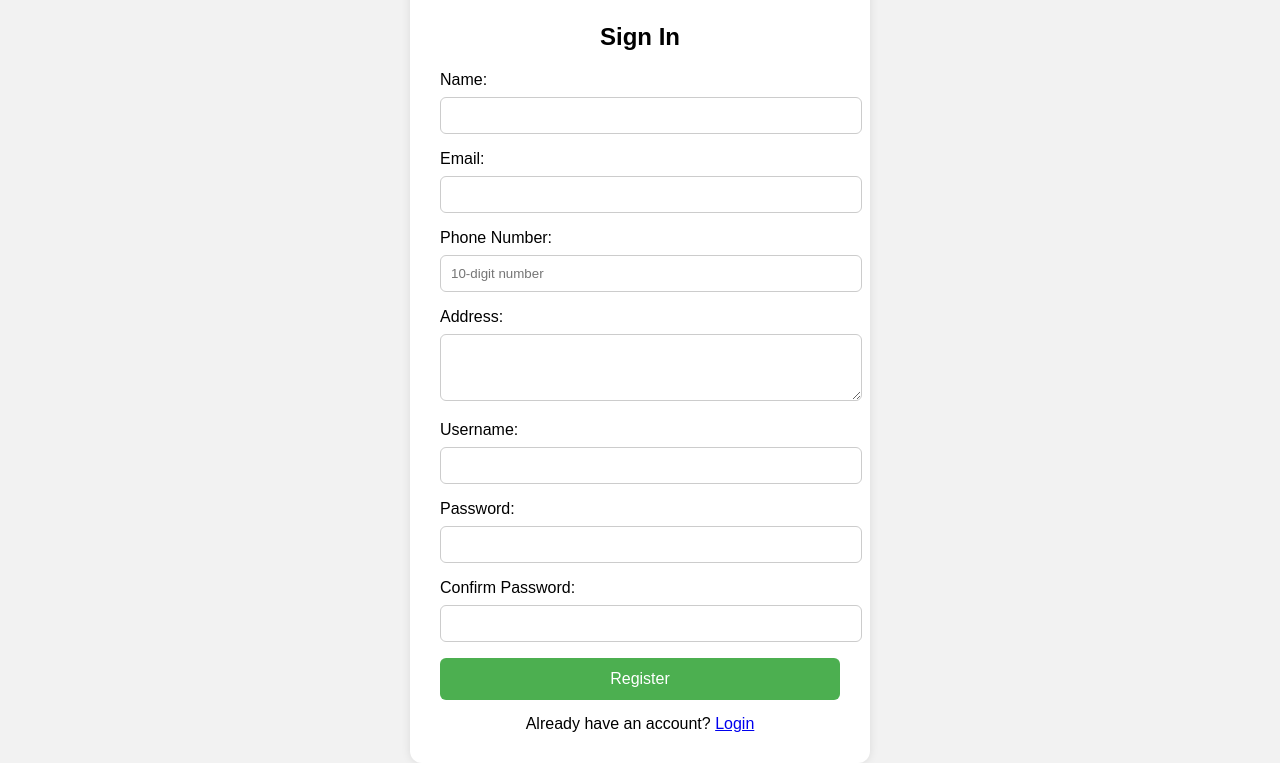
Repository: Rupeswarbhainsa777/Food-Web-App
Page: TapFoodApp/src/main/webapp/Sigin.html
An editor plug-in stored every save of this project. The page is shown before and after the next save, followed by the edit.
The browser window is 1280 px wide. The pictures show the whole page.

Above is the page before, as saved 2025-04-29 09:13:23.

### TapFoodApp/src/main/webapp/Sigin.html
<!DOCTYPE html>
<html>
<head>
    <title>Sign In</title>
    <style>
        body {
            font-family: Arial, sans-serif;
            background-color: #f2f2f2;
            display: flex;
            justify-content: center;
            align-items: center;
            height: 100vh;
        }

        .form-container {
            background-color: white;
            padding: 30px;
            border-radius: 12px;
            box-shadow: 0 0 10px rgba(0,0,0,0.1);
            width: 400px;
        }

        h2 {
            text-align: center;
            margin-bottom: 20px;
        }

        input[type="text"],
        input[type="email"],
        input[type="tel"],
        input[type="password"],
        textarea {
            width: 100%;
            padding: 10px;
            margin: 8px 0 16px;
            border: 1px solid #ccc;
            border-radius: 6px;
        }

        textarea {
            resize: vertical;
        }

        input[type="submit"] {
            background-color: #4CAF50;
            color: white;
            padding: 12px;
            border: none;
            width: 100%;
            border-radius: 6px;
            cursor: pointer;
            font-size: 16px;
        }

        input[type="submit"]:hover {
            background-color: #45a049;
        }

        .login-link {
            text-align: center;
            margin-top: 15px;
        }
    </style>
</head>
<body>

    <div class="form-container">
        <h2>Sign In</h2>
        <form action="RegisterUserServlet" method="post">
            <label for="name">Name:</label>
            <input type="text" id="name" name="name" required>

            <label for="email">Email:</label>
            <input type="email" id="email" name="email" required>

            <label for="phone">Phone Number:</label>
            <input type="tel" id="phone" name="phone" required pattern="[0-9]{10}" placeholder="10-digit number">

            <label for="address">Address:</label>
            <textarea id="address" name="address" rows="3" required></textarea>

            <label for="username">Username:</label>
            <input type="text" id="username" name="username" required>

            <label for="password">Password:</label>
            <input type="password" id="password" name="password" required>


            <label for="password">Confirm Password:</label>
            <input type="password" id="password" name="password" required>

            <input type="submit" value="Register">
        </form>

        <div class="login-link">
            Already have an account? <a href="login.html">Login</a>
        </div>
    </div>

</body>
</html>

After the next save:
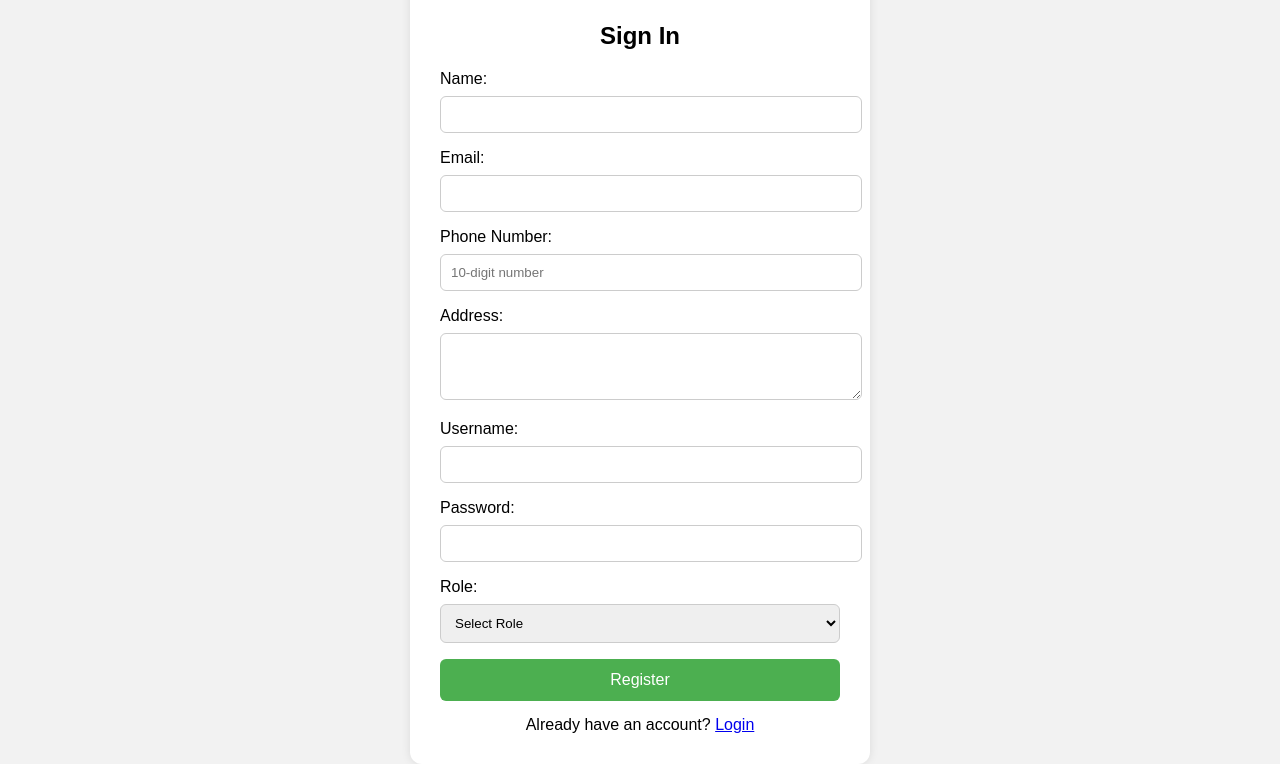
Saved 9 min 13 s later.
--- a/TapFoodApp/src/main/webapp/Sigin.html
+++ b/TapFoodApp/src/main/webapp/Sigin.html
@@ -29,7 +29,8 @@
         input[type="email"],
         input[type="tel"],
         input[type="password"],
-        textarea {
+        textarea,
+        select {
             width: 100%;
             padding: 10px;
             margin: 8px 0 16px;
@@ -66,7 +67,7 @@
 
     <div class="form-container">
         <h2>Sign In</h2>
-        <form action="RegisterUserServlet" method="post">
+        <form action="Signin" method="post">
             <label for="name">Name:</label>
             <input type="text" id="name" name="name" required>
 
@@ -85,9 +86,13 @@
             <label for="password">Password:</label>
             <input type="password" id="password" name="password" required>
 
-
-            <label for="password">Confirm Password:</label>
-            <input type="password" id="password" name="password" required>
+            <label for="role">Role:</label>
+            <select id="role" name="role" required>
+                <option value="">Select Role</option>
+                <option value="customer">Customer</option>
+                <option value="admin">Admin</option>
+                <option value="restaurant_owner">Restaurant Owner</option>
+            </select>
 
             <input type="submit" value="Register">
         </form>
